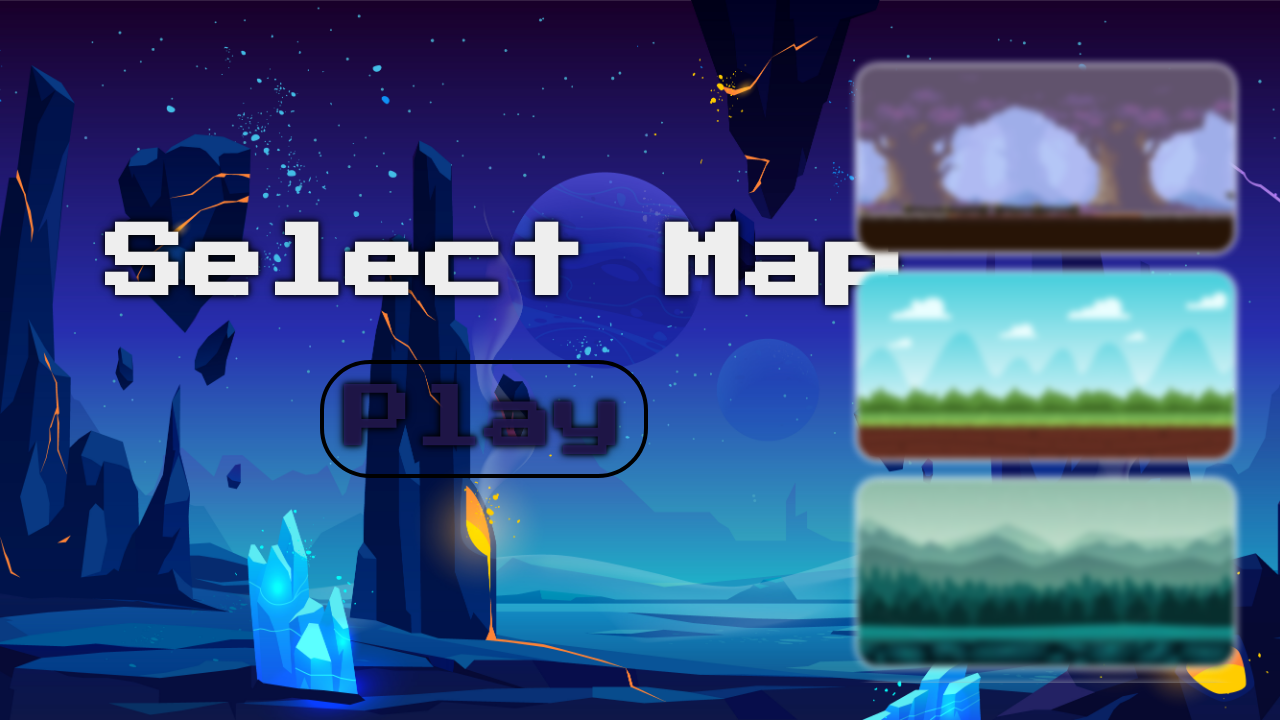
Repository: Gaurav31052/Fighting-game
Page: home.html
The author's editor kept a copy of each file at every save. The page is drawn from the files as they stood at one save, then again after the next save.
The browser window is 1280 px wide. The pictures show the whole page.
An inner scrolling area shows only its first screen.

Above is the page before, as saved 2024-06-06 23:44:27.

After the next save:
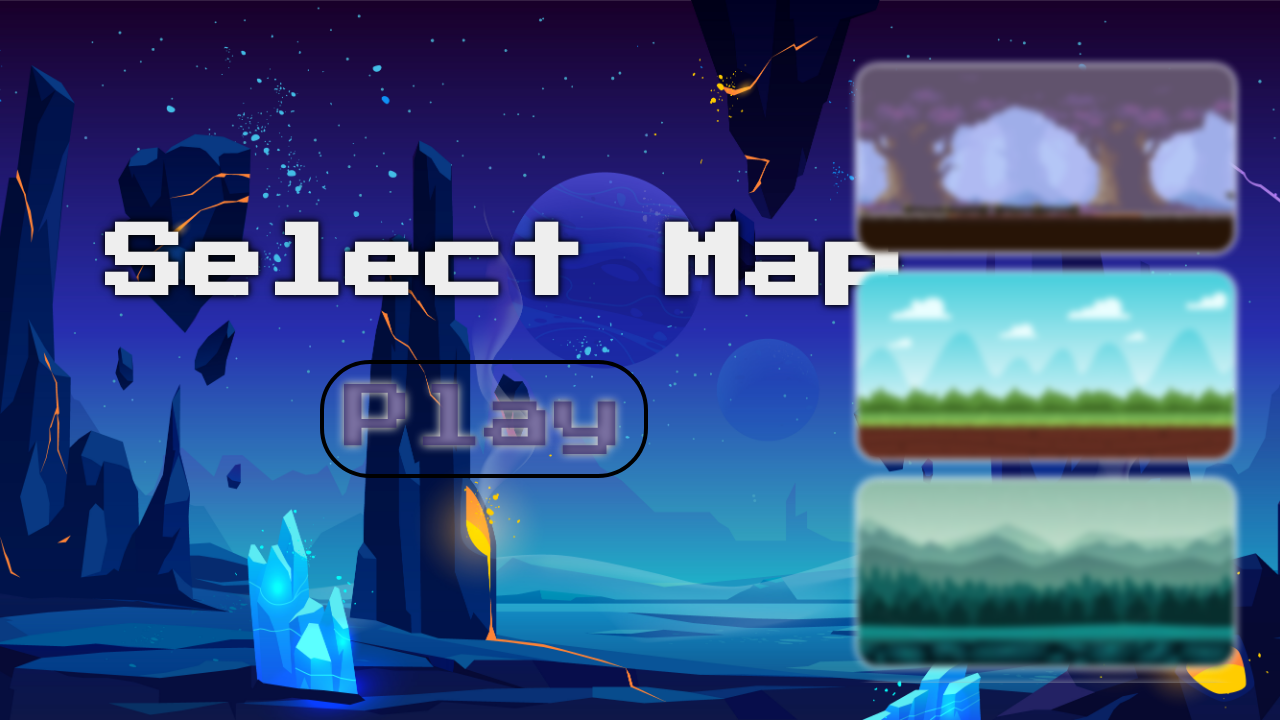
Saved 8 s later.
--- a/style.css
+++ b/style.css
@@ -45,7 +45,7 @@ a {
     font-family: "Press Start 2P", system-ui;
     text-align: center;
     /* padding-top: 100px; */
-    text-shadow: 0 0 10px #000000, 0 0 5px #000000;
+    text-shadow: 0 0 10px #fffdfd, 0 0 5px #000000;
    padding: 20px;
     background: transparent;
     border: none;
